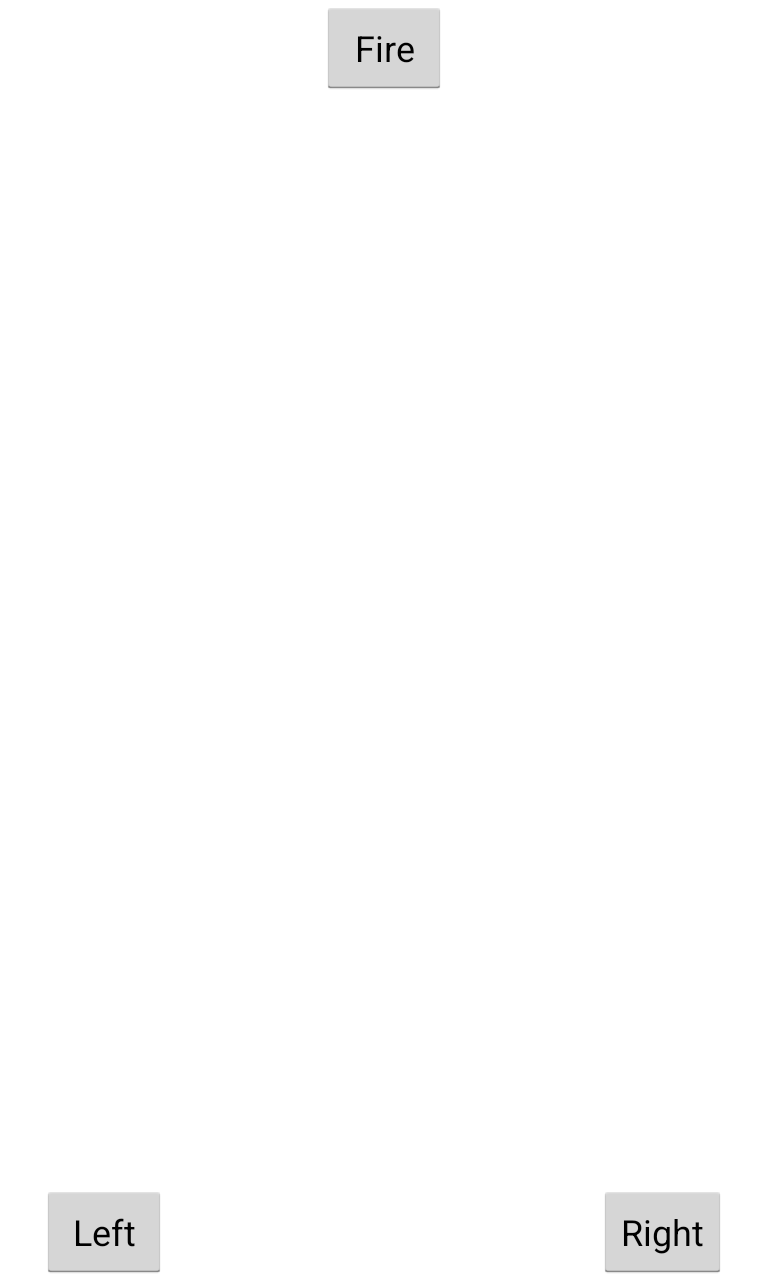
Repository: Benngard/Bengan-Boys
Layout: Hyperion/res/layout/playfield_layout.xml
An editor plug-in stored every save of this project. The layout is shown before and after the next save, followed by the edit.
It is drawn on a 768 x 1280 px phone screen (xhdpi) without system bars, with theme AppTheme; the app's code is not run. The app's manifest (not shown) leaves right-to-left support off. So textAlignment, textDirection and layoutDirection are ignored, and left and right values win over start and end ones.

Above is the layout before, as saved 2015-10-05 01:57:33.

### Hyperion/res/layout/playfield_layout.xml
<?xml version="1.0" encoding="utf-8"?>
<RelativeLayout xmlns:android="http://schemas.android.com/apk/res/android"
    android:layout_width="match_parent"
    android:layout_height="match_parent" >

    <Button
        android:id="@+id/button_left"
        android:layout_width="wrap_content"
        android:layout_height="wrap_content"
        android:layout_alignParentBottom="true"
        android:layout_alignParentLeft="true"
        android:layout_alignParentStart="true"
        android:layout_marginStart="20dp"
        android:layout_marginLeft="20dp"
        android:text="@string/left" />

    <Button
        android:id="@+id/button_right"
        android:layout_width="wrap_content"
        android:layout_height="wrap_content"
        android:layout_alignParentBottom="true"
        android:layout_alignParentRight="true"
        android:layout_alignParentEnd="true"
        android:layout_marginEnd="20dp"
        android:layout_marginRight="20dp"
        android:text="@string/right" />

    <Button
        android:id="@+id/button_fire"
        android:layout_width="wrap_content"
        android:layout_height="wrap_content"
        android:layout_alignBaseline="@+id/button_fire"
        android:layout_alignBottom="@+id/button_fire"
        android:layout_centerHorizontal="true"
        android:text="@string/fire" />

</RelativeLayout>

### Hyperion/res/values/strings.xml
<resources>

    <string name="app_name">Hyperion</string>

    <string name="fire">Fire</string>
    <string name="left">Left</string>
    <string name="right">Right</string>

</resources>

Loaded but not shown: Hyperion/res/values/styles.xml (common file); Hyperion/res/values-v11/styles.xml (common file); Hyperion/res/values-v14/styles.xml (common file)

After the next save:
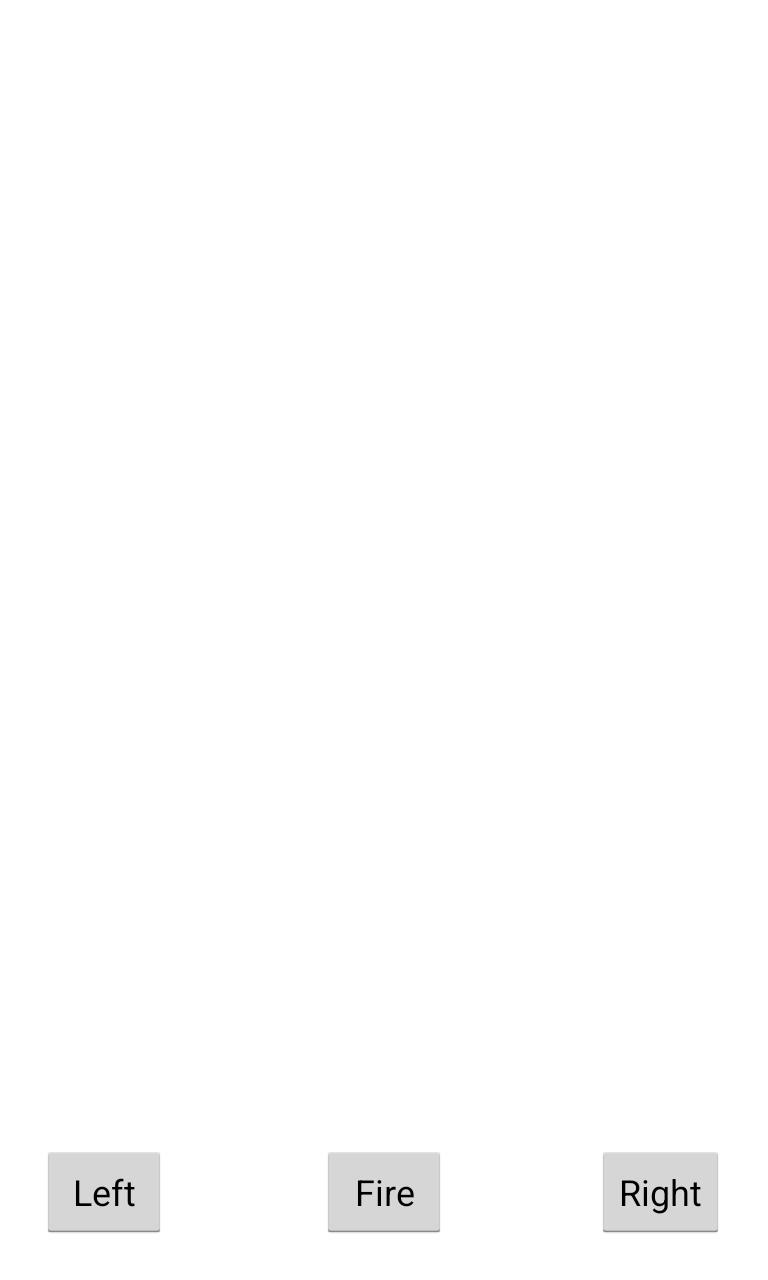
Saved 25 s later.
--- a/Hyperion/res/layout/playfield_layout.xml
+++ b/Hyperion/res/layout/playfield_layout.xml
@@ -4,34 +4,36 @@
     android:layout_height="match_parent" >
 
     <Button
-        android:id="@+id/button_left"
+        android:id="@+id/button_fire"
         android:layout_width="wrap_content"
         android:layout_height="wrap_content"
         android:layout_alignParentBottom="true"
-        android:layout_alignParentLeft="true"
-        android:layout_alignParentStart="true"
-        android:layout_marginStart="20dp"
-        android:layout_marginLeft="20dp"
-        android:text="@string/left" />
+        android:layout_centerHorizontal="true"
+        android:layout_marginBottom="20dp"
+        android:text="@string/fire" />
 
     <Button
         android:id="@+id/button_right"
         android:layout_width="wrap_content"
         android:layout_height="wrap_content"
-        android:layout_alignParentBottom="true"
+        android:layout_alignBaseline="@+id/button_fire"
+        android:layout_alignBottom="@+id/button_fire"
+        android:layout_alignParentEnd="true"
         android:layout_alignParentRight="true"
-        android:layout_alignParentEnd="true"
         android:layout_marginEnd="20dp"
-        android:layout_marginRight="20dp"
+        android:layout_marginRight="21dp"
         android:text="@string/right" />
 
     <Button
-        android:id="@+id/button_fire"
+        android:id="@+id/button_left"
         android:layout_width="wrap_content"
         android:layout_height="wrap_content"
         android:layout_alignBaseline="@+id/button_fire"
         android:layout_alignBottom="@+id/button_fire"
-        android:layout_centerHorizontal="true"
-        android:text="@string/fire" />
+        android:layout_alignParentLeft="true"
+        android:layout_alignParentStart="true"
+        android:layout_marginLeft="20dp"
+        android:layout_marginStart="20dp"
+        android:text="@string/left" />
 
 </RelativeLayout>
